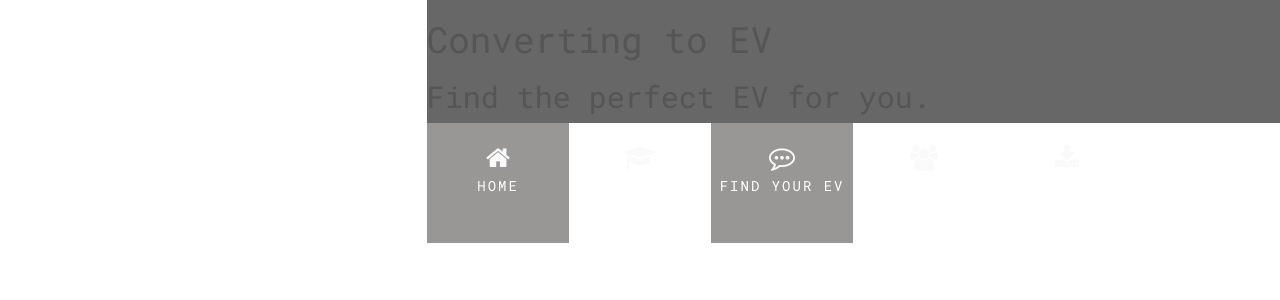
Repository: gnisco/2nd-project
Page: index.html
The author's editor kept a record of every edit. The page is drawn from the files as they stood at one moment, then again after the next edit.
The browser window is 1280 px wide. The pictures show the whole page.
Some web libraries are served in a nearby version.

Above is the page before.

After the next edit:
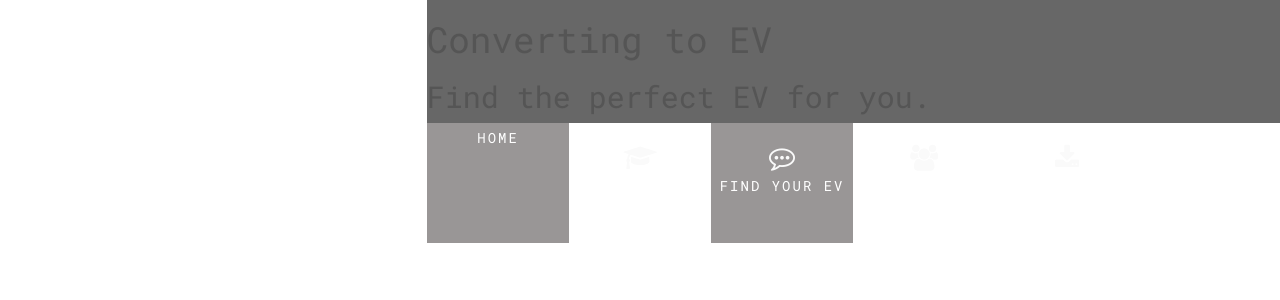
The edit:
--- a/index.html
+++ b/index.html
@@ -24,7 +24,7 @@
                 <div class="row">
                     <ul id="nav" class="list-inline clearfix">
                         <li class="col-xs-6 col-sm-2 ui-menu-color-home menuitem">
-                            <a href="index.html" class="hvr-sweep-to-bottom"><i class="fa fa-home" aria-hidden="true"></i><span>Home</span></a>
+                            <a href="index.html" class="hvr-sweep-to-bottom"></i><span>Home</span></a>
                         </li>
                         <li class="col-xs-6 col-sm-2 ui-menu-color-resume menuitem">
                             <a href="resume.html" class="hvr-sweep-to-bottom"><i class="fa fa-graduation-cap" aria-hidden="true"></i><span>Why switch?</span></a>
